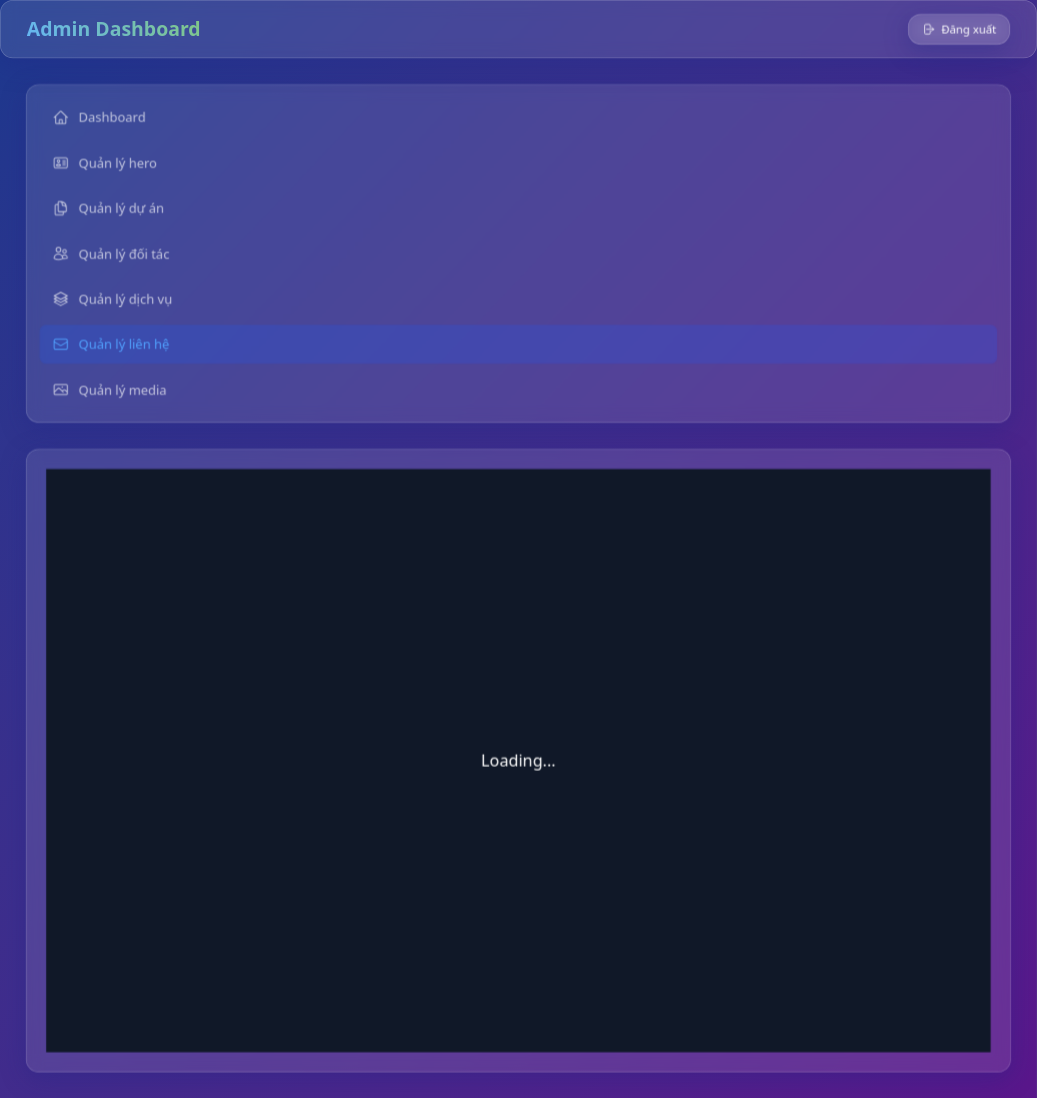
Repository: nguyenkhuyen158/voice-talent2
Page: /admin/contact
These files come from the project's save history. The page is drawn as it stood at one moment and after the next save; the edit follows.
The browser window is 1280 px wide. The pictures show the whole page, at 81% of full size.
The page's requests for data from a server got no answer. The project was rebuilt for these pictures with package versions that can differ from the ones it lists, and the page was loaded fresh each time. The framework's server and built-in components were replaced by stand-ins that run in the browser. No one was signed in, and anything a server would have sent is missing. Also part of the build but not shown: next.config.ts.

Above is the page before, as saved 2025-06-19 12:38:43.

After the next save:
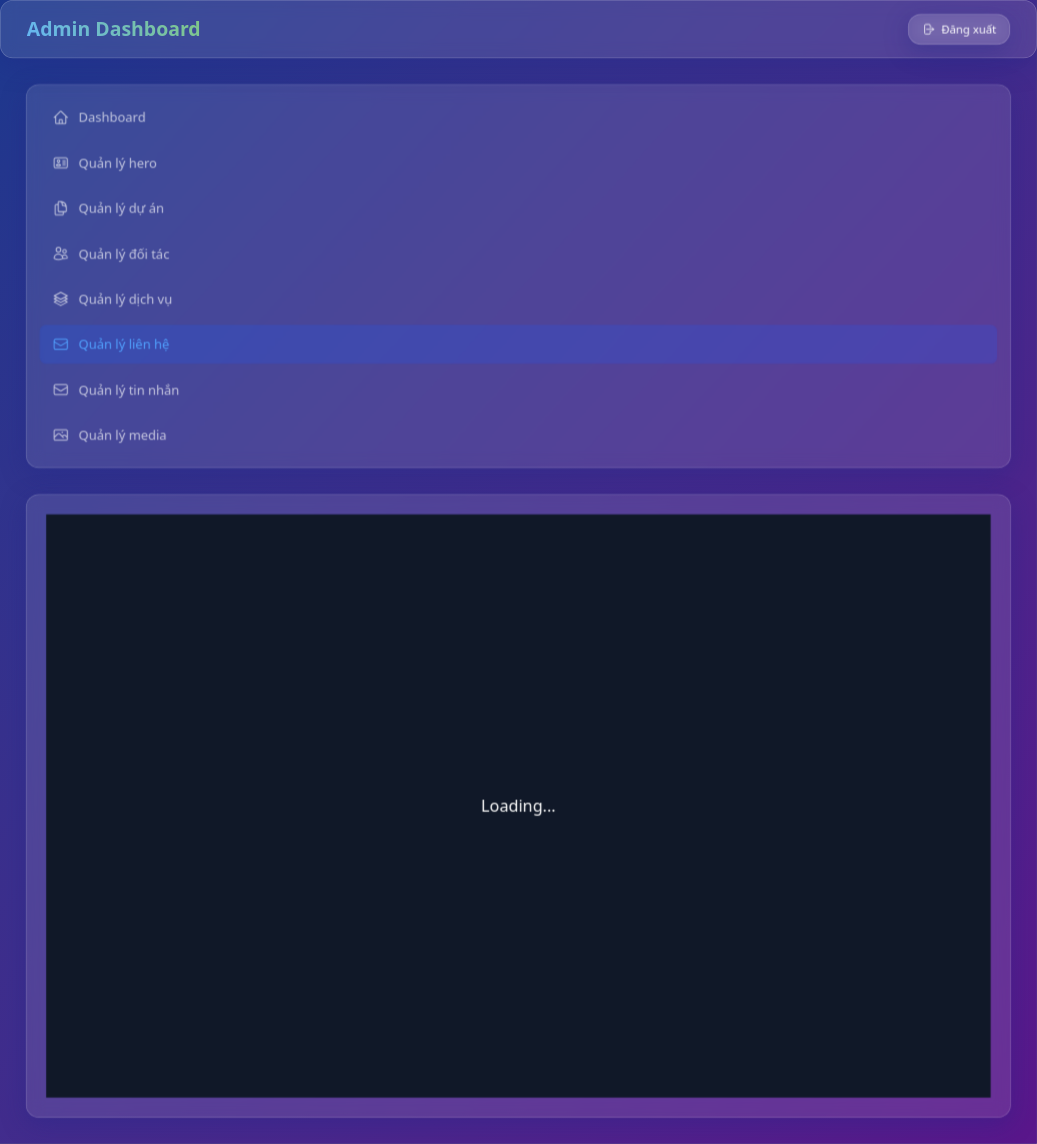
Saved 28 s later.
--- a/app/admin/layout.tsx
+++ b/app/admin/layout.tsx
@@ -43,6 +43,11 @@ const menuItems = [
   {
     name: 'Quản lý liên hệ',
     href: '/admin/contact',
+    icon: EnvelopeIcon
+  },
+  {
+    name: 'Quản lý tin nhắn',
+    href: '/admin/messages',
     icon: EnvelopeIcon
   },
   {
